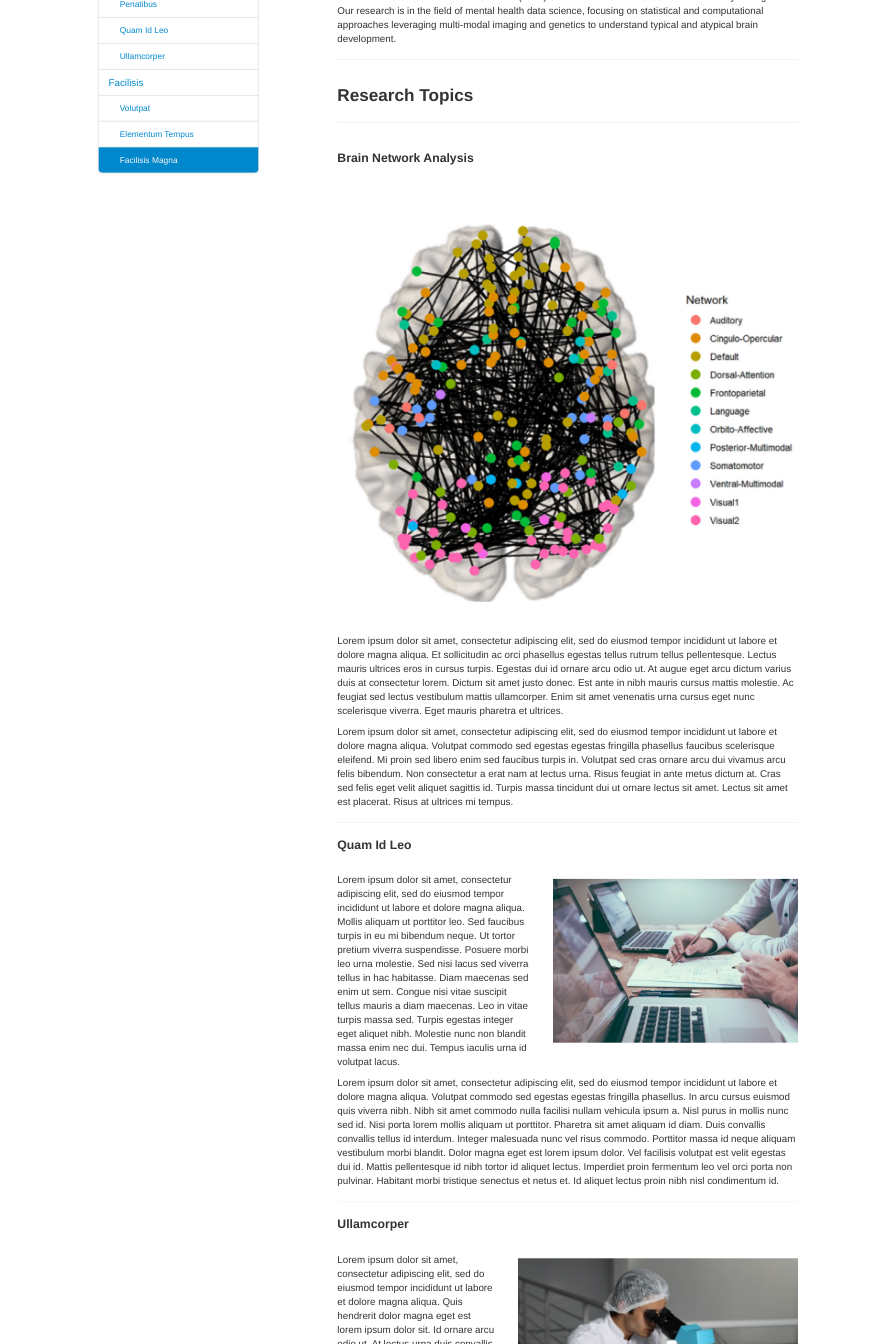
Repository: nbillab/nbillab.io
Page: research.html
The author's editor kept a copy of each file at every save. The page is drawn from the files as they stood at one save, then again after the next save.
The browser window is 1280 px wide. The pictures show the part of the page from y = 371 to 2291 px (the page is 4764 px tall before and 4601 px after), at 70% of full size.

Above is the page before, as saved 2025-08-17 19:47:35.

After the next save:
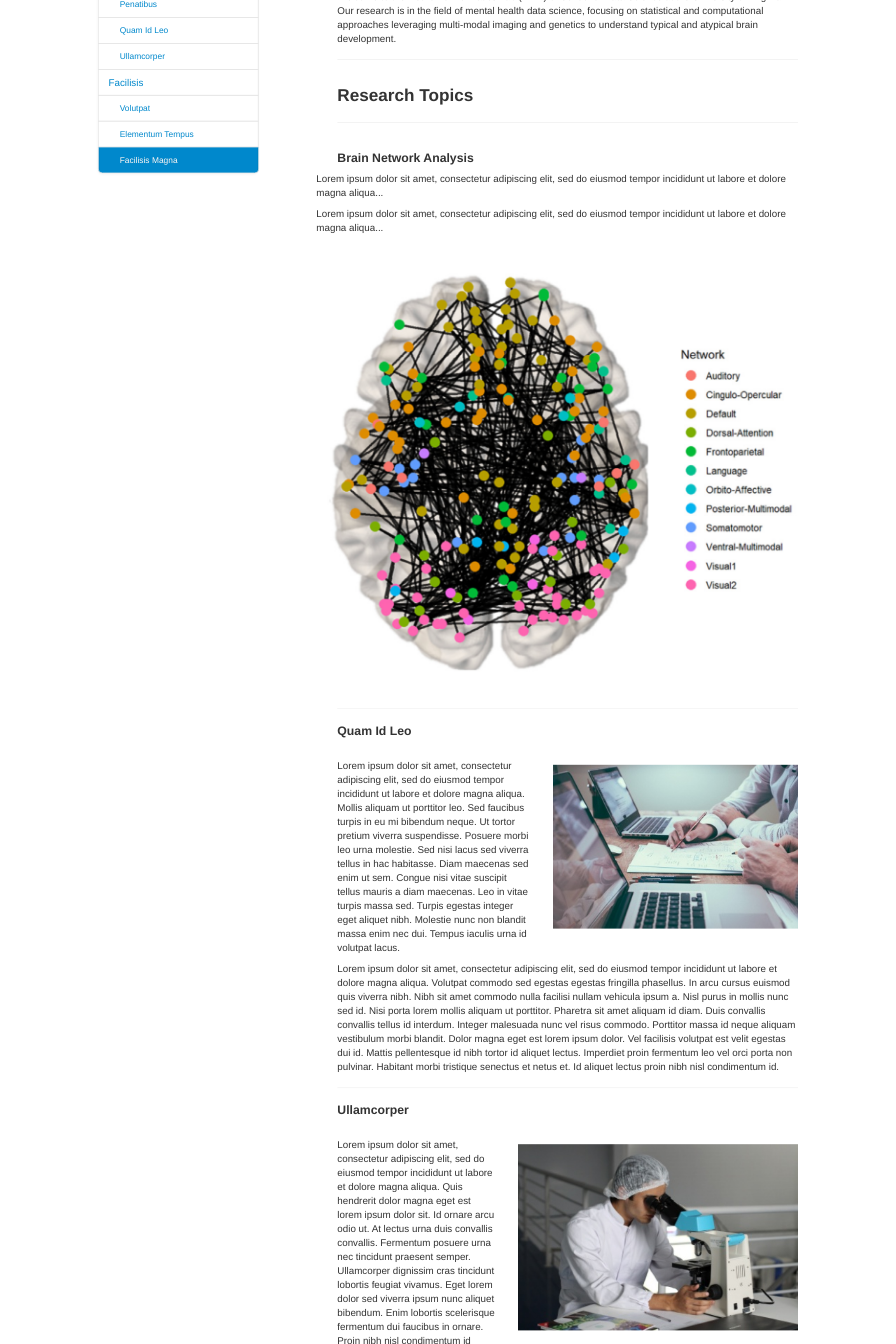
Saved 92 s later.
--- a/research.html
+++ b/research.html
@@ -65,31 +65,24 @@
                   </div>
                   <div class="row-fluid">
                      <div class="span12">
-                        <section id="Penatibus">
-                           <h4>Brain Network Analysis</h4>
-                           <br/>
-                           <img src="images/brain_conn.png" class="float-right" alt="Penatibus"/>
-                           <p>
-                              Lorem ipsum dolor sit amet, consectetur adipiscing elit, sed do eiusmod
-                              tempor incididunt ut labore et dolore magna aliqua. Et sollicitudin ac
-                              orci phasellus egestas tellus rutrum tellus pellentesque. Lectus mauris
-                              ultrices eros in cursus turpis. Egestas dui id ornare arcu odio ut. At
-                              augue eget arcu dictum varius duis at consectetur lorem. Dictum sit amet
-                              justo donec. Est ante in nibh mauris cursus mattis molestie. Ac feugiat
-                              sed lectus vestibulum mattis ullamcorper. Enim sit amet venenatis urna
-                              cursus eget nunc scelerisque viverra. Eget mauris pharetra et ultrices.
-                           </p>
-                           <p>
-                              Lorem ipsum dolor sit amet, consectetur adipiscing elit, sed do eiusmod
-                              tempor incididunt ut labore et dolore magna aliqua. Volutpat commodo sed
-                              egestas egestas fringilla phasellus faucibus scelerisque eleifend. Mi
-                              proin sed libero enim sed faucibus turpis in. Volutpat sed cras ornare
-                              arcu dui vivamus arcu felis bibendum. Non consectetur a erat nam at lectus
-                              urna. Risus feugiat in ante metus dictum at. Cras sed felis eget velit
-                              aliquet sagittis id. Turpis massa tincidunt dui ut ornare lectus sit amet.
-                              Lectus sit amet est placerat. Risus at ultrices mi tempus.
-                           </p>
-                        </section>
+                     <section id="Penatibus">
+                     <h4>Brain Network Analysis</h4>
+                     <div class="row">
+                        <div class="col-md-8">
+                           <p>
+                           Lorem ipsum dolor sit amet, consectetur adipiscing elit, sed do eiusmod
+                           tempor incididunt ut labore et dolore magna aliqua...
+                           </p>
+                           <p>
+                           Lorem ipsum dolor sit amet, consectetur adipiscing elit, sed do eiusmod
+                           tempor incididunt ut labore et dolore magna aliqua...
+                           </p>
+                        </div>
+                        <div class="col-md-4 text-center">
+                           <img src="images/brain_conn.png" alt="Penatibus" class="img-fluid">
+                        </div>
+                     </div>
+                     </section>
                         <hr>
                         <section id="QuamIdLeo">
                            <h4>Quam Id Leo</h4>
